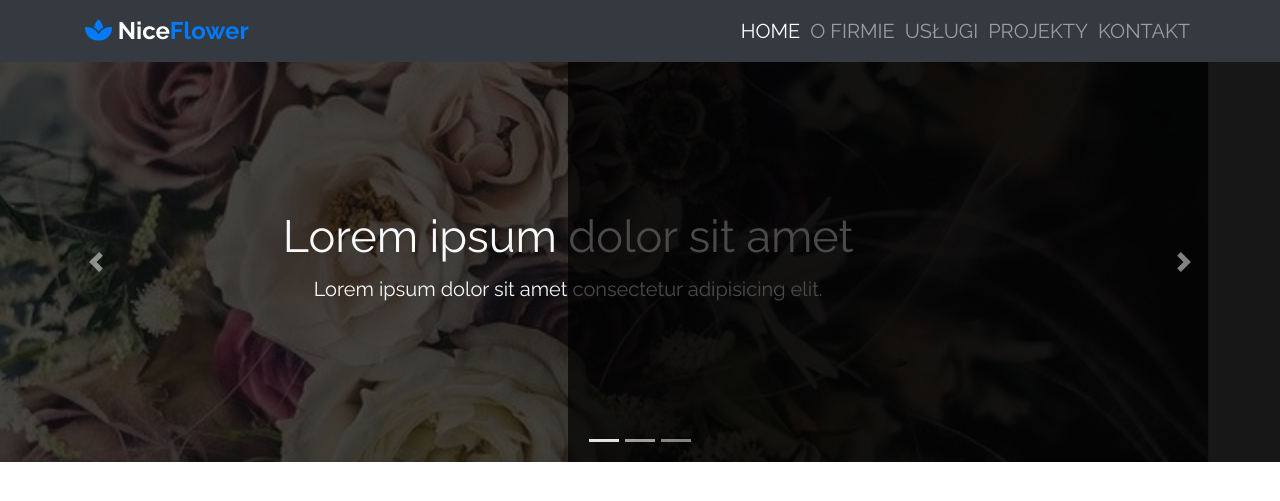
Repository: KrzysKolo/Projekt-13_Kwiaciarnia
Page: index.html
These files come from the project's save history. The page is drawn as it stood at one moment and after the next save; the edit follows.
The browser window is 1280 px wide. The pictures show the whole page.
Some web libraries are served in a nearby version.

Above is the page before, as saved 2020-08-08 07:45:23.

### index.html
<!DOCTYPE html>
<html lang="pl">
  <head>
    <meta charset="UTF-8" />
    <meta name="viewport" content="width=device-width, initial-scale=1.0" />
    <title>Nice-Flower</title>
    <script
      src="https://kit.fontawesome.com/21efeaf281.js"
      crossorigin="anonymous"
    ></script>

    <link
      rel="stylesheet"
      href="https://stackpath.bootstrapcdn.com/bootstrap/4.5.0/css/bootstrap.min.css"
      integrity="sha384-9aIt2nRpC12Uk9gS9baDl411NQApFmC26EwAOH8WgZl5MYYxFfc+NcPb1dKGj7Sk"
      crossorigin="anonymous"
    />
    <link
      href="https://fonts.googleapis.com/css2?family=Raleway:wght@400;700&display=swap"
      rel="stylesheet"
    />
    <link rel="stylesheet" href="style.css" />
  </head>
  <body>
    <nav class="navbar navbar-expand-lg navbar-dark bg-dark py-3">
      <div class="container">
        <a class="navbar-brand" href="#"
          ><i class="fas fa-spa text-primary"></i> Nice<span
            class="text-primary"
            >Flower</span
          ></a
        >
        <button
          class="navbar-toggler border-0"
          type="button"
          data-toggle="collapse"
          data-target="#navbarNavAltMarkup"
          aria-controls="navbarNavAltMarkup"
          aria-expanded="false"
          aria-label="Toggle navigation"
        >
          <i class="fas fa-bars px-4"></i>
        </button>
        <div class="collapse navbar-collapse" id="navbarNavAltMarkup">
          <div class="navbar-nav ml-auto">
            <a class="nav-link active" href="#"
              >Home <span class="sr-only">(current)</span></a
            >
            <a class="nav-link" href="abouteus.html">O firmie</a>
            <a class="nav-link" href="services.html">Usługi</a>
            <a class="nav-link" href="projects.html">Projekty</a>
            <a class="nav-link" href="contact.html">Kontakt</a>
          </div>
        </div>
      </div>
    </nav>

    <!-- HEADER -->

    <header>
      <div
        id="carouselExampleCaptions"
        class="carousel slide"
        data-ride="carousel"
      >
        <ol class="carousel-indicators">
          <li
            data-target="#carouselExampleCaptions"
            data-slide-to="0"
            class="active"
          ></li>
          <li data-target="#carouselExampleCaptions" data-slide-to="1"></li>
          <li data-target="#carouselExampleCaptions" data-slide-to="2"></li>
        </ol>
        <div class="carousel-inner text-dark text-center">
          <div class="carousel-item carousel-img-one active">
            <div
              class="carousel-text h-100 p-5 d-flex flex-column justyfy-content-end justify-content-md-center align-items-center"
            >
              <div class="hero-shadow"></div>
              <p class="display-3 text-light">Lorem ipsum dolor sit amet</p>
              <p class="d-none d-sm-block text-light">
                Lorem ipsum dolor sit amet consectetur adipisicing elit.
              </p>
            </div>
          </div>
          <div class="carousel-item carousel-img-two">
            <div
              class="carousel-text h-100 p-5 d-flex flex-column justyfy-content-end justify-content-md-center align-items-center"
            >
              <div class="hero-shadow"></div>
              <p class="display-3 text-light">Lorem ipsum dolor sit amet</p>
              <p class="d-none d-sm-block text-light">
                Lorem ipsum dolor sit amet consectetur adipisicing elit.
              </p>
            </div>
          </div>
          <div class="carousel-item carousel-img-three">
            <div
              class="carousel-text h-100 p-5 d-flex flex-column justyfy-content-end justify-content-md-center align-items-center"
            >
              <div class="hero-shadow"></div>
              <p class="display-3 text-light">Lorem ipsum dolor sit amet</p>
              <p class="d-none d-sm-block text-light">
                Lorem ipsum dolor sit amet consectetur adipisicing elit.
              </p>
            </div>
          </div>
        </div>
        <a
          class="carousel-control-prev"
          href="#carouselExampleCaptions"
          role="button"
          data-slide="prev"
        >
          <span class="carousel-control-prev-icon" aria-hidden="true"></span>
          <span class="sr-only">Previous</span>
        </a>
        <a
          class="carousel-control-next"
          href="#carouselExampleCaptions"
          role="button"
          data-slide="next"
        >
          <span class="carousel-control-next-icon" aria-hidden="true"></span>
          <span class="sr-only">Next</span>
        </a>
      </div>
    </header>
    <script
      src="https://code.jquery.com/jquery-3.5.1.slim.min.js"
      integrity="sha384-DfXdz2htPH0lsSSs5nCTpuj/zy4C+OGpamoFVy38MVBnE+IbbVYUew+OrCXaRkfj"
      crossorigin="anonymous"
    ></script>
    <script
      src="https://cdn.jsdelivr.net/npm/popper.js@1.16.0/dist/umd/popper.min.js"
      integrity="sha384-Q6E9RHvbIyZFJoft+2mJbHaEWldlvI9IOYy5n3zV9zzTtmI3UksdQRVvoxMfooAo"
      crossorigin="anonymous"
    ></script>
    <script
      src="https://stackpath.bootstrapcdn.com/bootstrap/4.5.0/js/bootstrap.min.js"
      integrity="sha384-OgVRvuATP1z7JjHLkuOU7Xw704+h835Lr+6QL9UvYjZE3Ipu6Tp75j7Bh/kR0JKI"
      crossorigin="anonymous"
    ></script>
  </body>
</html>

### style.css
* {
  box-sizing: border-box;
  margin: 0;
  padding: 0;
}
html {
  font-size: 62.5%;
}
body {
  font-family: "Raleway", sans-serif;
  font-size: 1.6rem;
}
.hero-shadow {
  position: absolute;
  top: 0;
  width: 200%;
  height: 100%;
  background-color: rgba(0, 0, 0, 0.7);
  z-index: -1;
}
/* ----------- */
/*  nawigacja  */
/* ----------- */
nav {
  font-size: 2rem;
  text-transform: uppercase;
}
.navbar-toggler {
  font-size: 3rem;
}
.navbar-brand {
  font-size: 2.4rem;
  font-weight: bold;
  text-transform: none;
}
/* ----------- */
/*    header   */
/* ----------- */
header {
  font-size: 2rem;
}
.carousel-item {
  position: relative;
  height: 400px;
  background-position: center;
  background-size: cover;
  z-index: 0;
}
.carousel-img-one {
  background-image: url("./img/b1m.jpg");
}
.carousel-img-twoe {
  background-image: url("./img/b2m.jpg");
}
.carousel-img-three {
  background-image: url("./img/b4m.jpg");
}

After the next save:
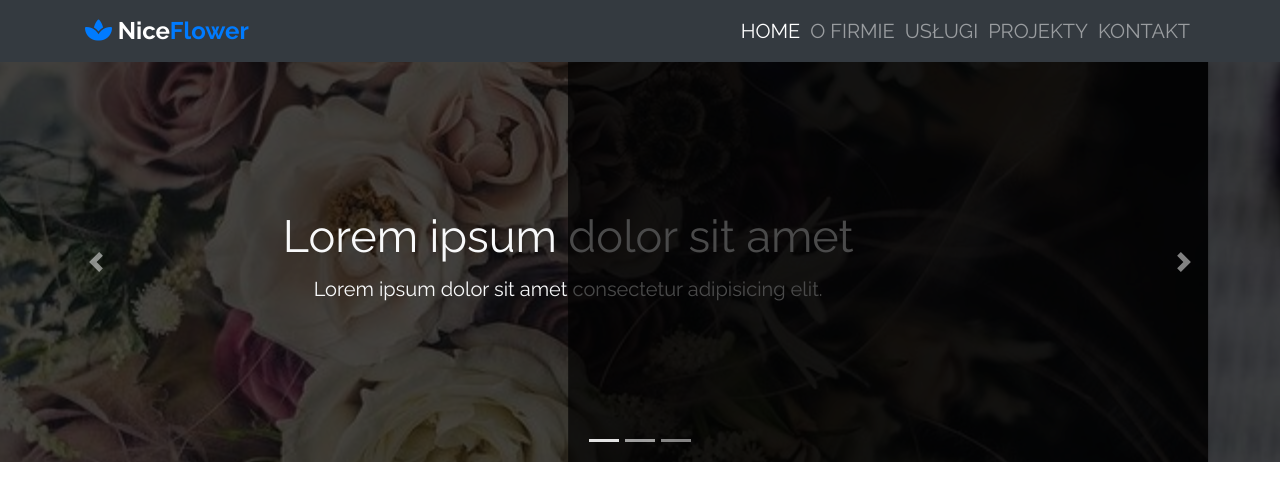
Saved 57 s later.
--- a/style.css
+++ b/style.css
@@ -49,7 +49,7 @@ header {
 .carousel-img-one {
   background-image: url("./img/b1m.jpg");
 }
-.carousel-img-twoe {
+.carousel-img-two {
   background-image: url("./img/b2m.jpg");
 }
 .carousel-img-three {
